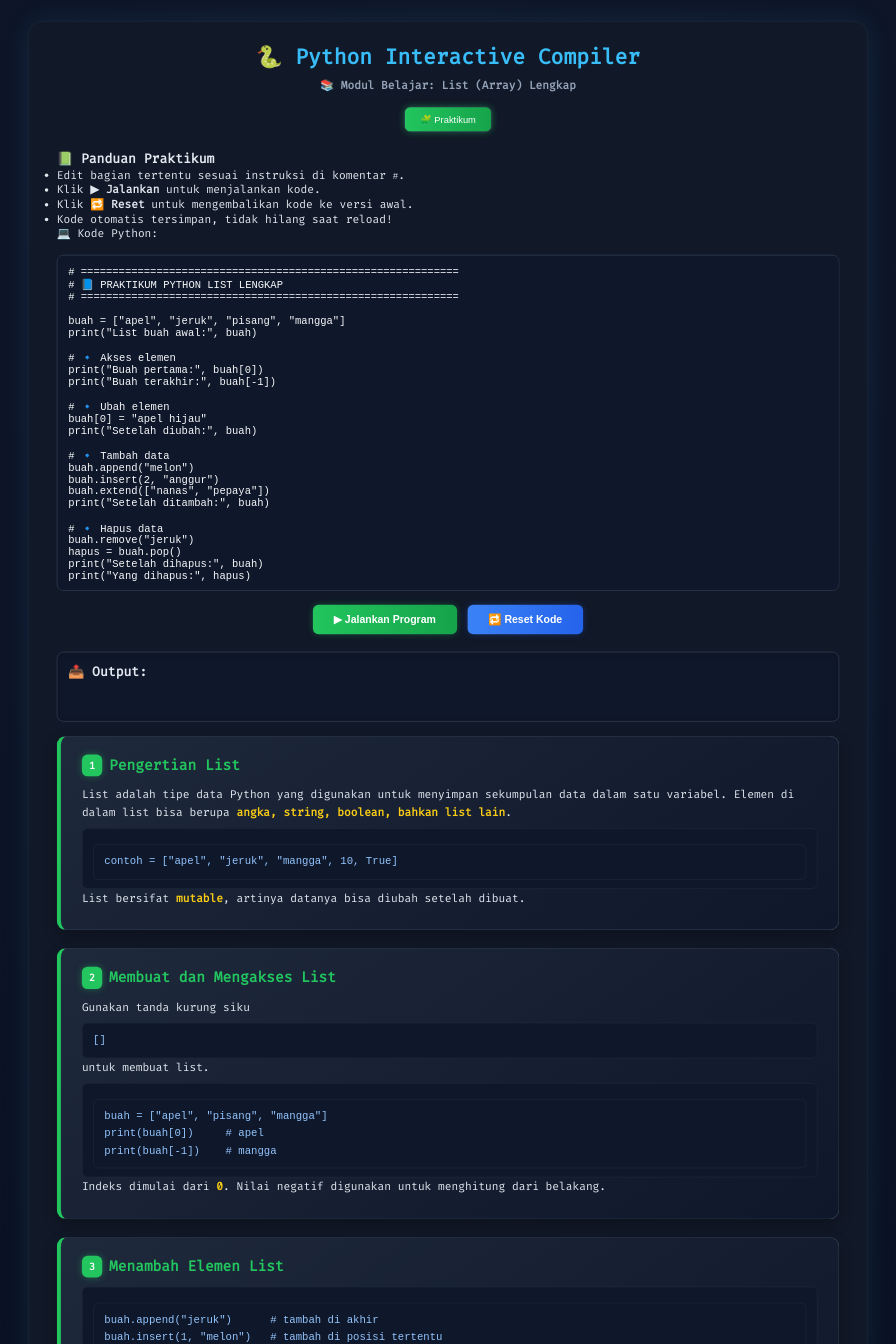
Repository: smkmutipugademak/Array
Page: index.html
The author's editor kept a copy of each file at every save. The page is drawn from the files as they stood at one save, then again after the next save.
The browser window is 1280 px wide. The pictures show the part of the page from y = 0 to 1920 px (the page is 5751 px tall before and 901 px after), at 70% of full size.
An inner scrolling area shows only its first screen.

Above is the page before, as saved 2025-11-11 05:22:20.

After the next save:
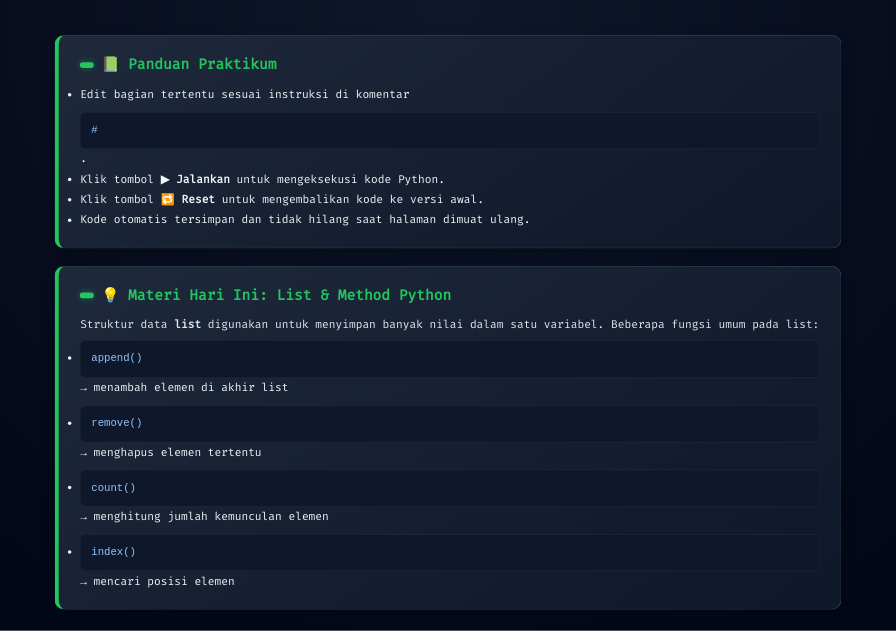
Saved 3 min 2 s later.
--- a/index.html
+++ b/index.html
@@ -10,31 +10,40 @@
 </head>
 
 <body>
-    <div class="container">
-        <h1>🐍 Python Interactive Compiler</h1>
-        <h2>📚 Modul Belajar: List (Array) Lengkap</h2>
-
-        <!-- ===================== TABS ===================== -->
-        <div class="tabs">
-            <button class="tab-button active" data-tab="praktikum">🧩 Praktikum</button>
+     <!-- =================== TEORI =================== -->
+    <div id="theory" class="tab-content">
+      <div class="theory-section">
+        <div class="card">
+          <h3>📗 Panduan Praktikum</h3>
+          <ul style="margin-top:10px; line-height:1.8;">
+            <li>Edit bagian tertentu sesuai instruksi di komentar <code>#</code>.</li>
+            <li>Klik tombol <b>▶ Jalankan</b> untuk mengeksekusi kode Python.</li>
+            <li>Klik tombol <b>🔁 Reset</b> untuk mengembalikan kode ke versi awal.</li>
+            <li>Kode otomatis tersimpan dan tidak hilang saat halaman dimuat ulang.</li>
+          </ul>
         </div>
 
-        <!-- ===================== TAB PRAKTIKUM ===================== -->
-        <div id="praktikum" class="tab-content active">
-            <div class="instructions">
-                <h3>📗 Panduan Praktikum</h3>
-                <ul>
-                    <li>Edit bagian tertentu sesuai instruksi di komentar <code>#</code>.</li>
-                    <li>Klik <b>▶ Jalankan</b> untuk menjalankan kode.</li>
-                    <li>Klik <b>🔁 Reset</b> untuk mengembalikan kode ke versi awal.</li>
-                    <li>Kode otomatis tersimpan, tidak hilang saat reload!</li>
-                </ul>
-            </div>
+        <div class="card">
+          <h3>💡 Materi Hari Ini: List & Method Python</h3>
+          <p style="margin-top:10px;">
+            Struktur data <b>list</b> digunakan untuk menyimpan banyak nilai dalam satu variabel.
+            Beberapa fungsi umum pada list:
+          </p>
+          <ul style="margin-top:10px; line-height:1.8;">
+            <li><code>append()</code> → menambah elemen di akhir list</li>
+            <li><code>remove()</code> → menghapus elemen tertentu</li>
+            <li><code>count()</code> → menghitung jumlah kemunculan elemen</li>
+            <li><code>index()</code> → mencari posisi elemen</li>
+          </ul>
+        </div>
+      </div>
+    </div>
 
-            <div class="editor-section">
-                <label>💻 Kode Python:</label>
-                <textarea id="editor" spellcheck="false"></textarea>
-
+    <!-- =================== PRAKTIK =================== -->
+    <div id="practice" class="tab-content" style="display: none;">
+      <div class="editor-section">
+        <h3>💻 Kode Python:</h3>
+        <textarea id="codeArea">
                 <div class="btn-group">
                     <button id="runBtn">▶ Jalankan Program</button>
                     <button id="resetBtn">🔁 Reset Kode</button>

After the save that followed:
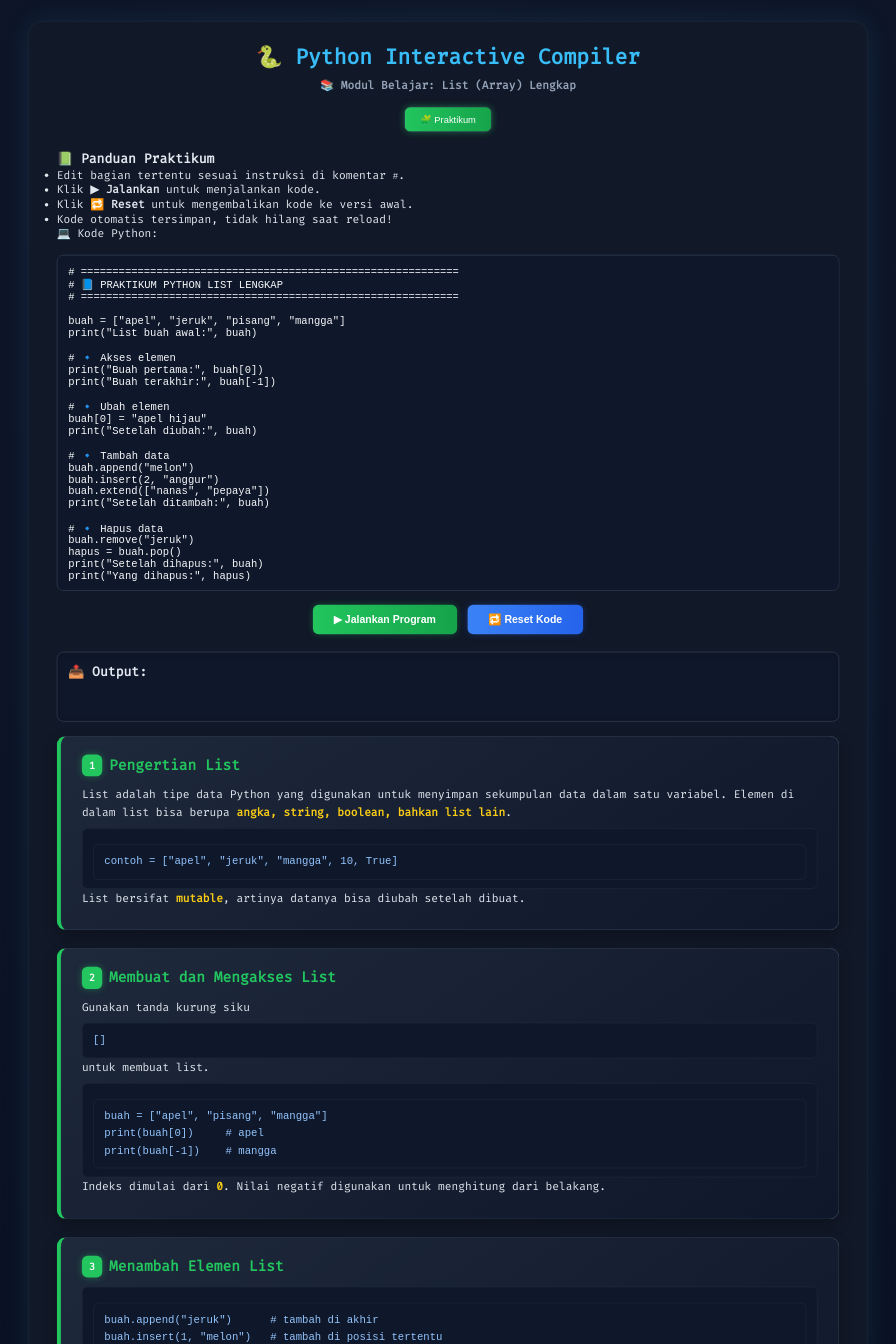
Saved 4 s later.
--- a/index.html
+++ b/index.html
@@ -10,40 +10,31 @@
 </head>
 
 <body>
-     <!-- =================== TEORI =================== -->
-    <div id="theory" class="tab-content">
-      <div class="theory-section">
-        <div class="card">
-          <h3>📗 Panduan Praktikum</h3>
-          <ul style="margin-top:10px; line-height:1.8;">
-            <li>Edit bagian tertentu sesuai instruksi di komentar <code>#</code>.</li>
-            <li>Klik tombol <b>▶ Jalankan</b> untuk mengeksekusi kode Python.</li>
-            <li>Klik tombol <b>🔁 Reset</b> untuk mengembalikan kode ke versi awal.</li>
-            <li>Kode otomatis tersimpan dan tidak hilang saat halaman dimuat ulang.</li>
-          </ul>
+    <div class="container">
+        <h1>🐍 Python Interactive Compiler</h1>
+        <h2>📚 Modul Belajar: List (Array) Lengkap</h2>
+
+        <!-- ===================== TABS ===================== -->
+        <div class="tabs">
+            <button class="tab-button active" data-tab="praktikum">🧩 Praktikum</button>
         </div>
 
-        <div class="card">
-          <h3>💡 Materi Hari Ini: List & Method Python</h3>
-          <p style="margin-top:10px;">
-            Struktur data <b>list</b> digunakan untuk menyimpan banyak nilai dalam satu variabel.
-            Beberapa fungsi umum pada list:
-          </p>
-          <ul style="margin-top:10px; line-height:1.8;">
-            <li><code>append()</code> → menambah elemen di akhir list</li>
-            <li><code>remove()</code> → menghapus elemen tertentu</li>
-            <li><code>count()</code> → menghitung jumlah kemunculan elemen</li>
-            <li><code>index()</code> → mencari posisi elemen</li>
-          </ul>
-        </div>
-      </div>
-    </div>
+        <!-- ===================== TAB PRAKTIKUM ===================== -->
+        <div id="praktikum" class="tab-content active">
+            <div class="instructions">
+                <h3>📗 Panduan Praktikum</h3>
+                <ul>
+                    <li>Edit bagian tertentu sesuai instruksi di komentar <code>#</code>.</li>
+                    <li>Klik <b>▶ Jalankan</b> untuk menjalankan kode.</li>
+                    <li>Klik <b>🔁 Reset</b> untuk mengembalikan kode ke versi awal.</li>
+                    <li>Kode otomatis tersimpan, tidak hilang saat reload!</li>
+                </ul>
+            </div>
 
-    <!-- =================== PRAKTIK =================== -->
-    <div id="practice" class="tab-content" style="display: none;">
-      <div class="editor-section">
-        <h3>💻 Kode Python:</h3>
-        <textarea id="codeArea">
+            <div class="editor-section">
+                <label>💻 Kode Python:</label>
+                <textarea id="editor" spellcheck="false"></textarea>
+
                 <div class="btn-group">
                     <button id="runBtn">▶ Jalankan Program</button>
                     <button id="resetBtn">🔁 Reset Kode</button>
